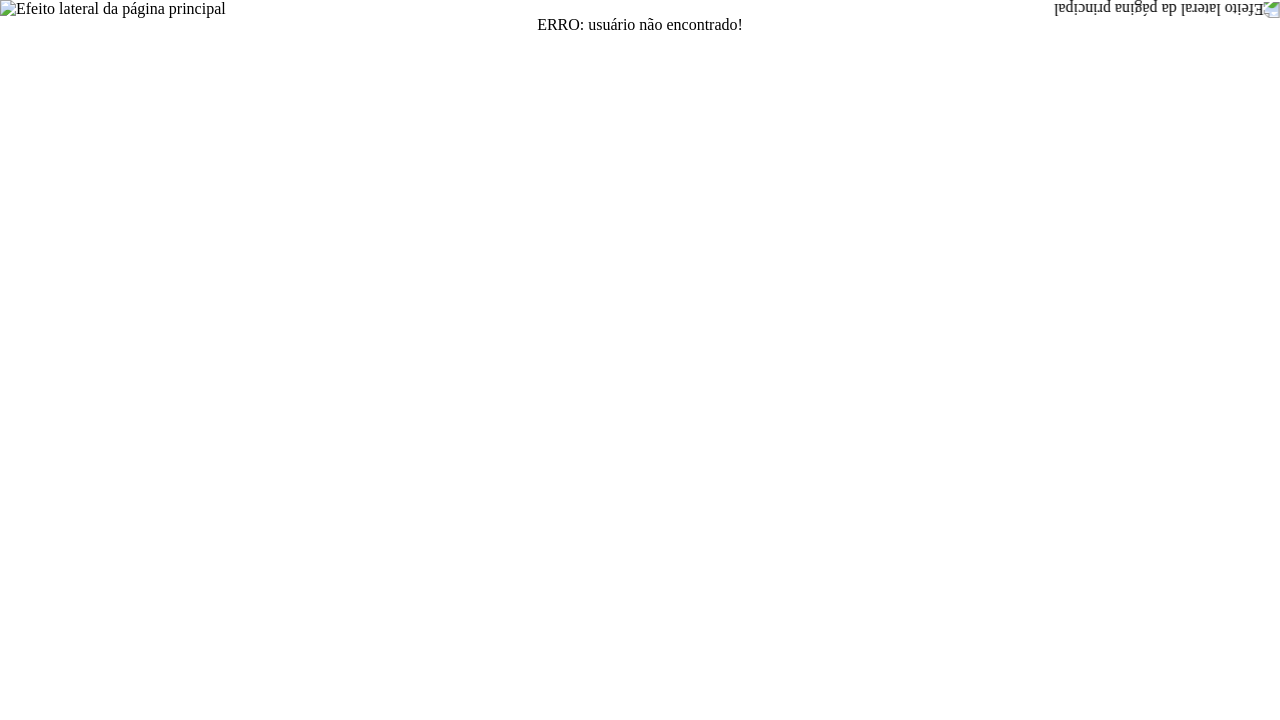
Repository: ArtMainardi/projeto-ctw-front
Page: usuario/usuario.html
An editor plug-in stored every save of this project. The page is shown before and after a run of saves, followed by the edit.
The browser window is 1280 px wide. The pictures show the whole page.
The page's requests for data from a server got no answer.

Above is the page before, as saved 2026-06-15 18:16:39.
Not found: usuario/images/efeito-lateral.svg

### usuario/usuario.html
<!DOCTYPE html>
<html lang="pt-br">
<head>
    <meta charset="UTF-8">
    <meta name="viewport" content="width=device-width, initial-scale=1.0">
    <title>Projeto CTW+</title>
    <link rel="stylesheet" href="style.css">
    <link rel="stylesheet" href="index.css">
    <link rel="stylesheet" href="usuario.css">
</head>
<body>
    <div class="container-barras-laterais">
        <img src="/" alt="Efeito lateral da página principal" id="barra-lateral1">
        <img src="images/efeito-lateral.svg" alt="Efeito lateral da página principal" id="barra-lateral2">
    </div>

    <main id="error-main">
        <p id="feedback-message"></p>
    </main>

    <main id="main" style="display: none;">
        <h1>Perfil do Usuário</h1>
        <p id="nome-usuario"></p>
        <p id="cpf-usuario"></p>
        <p id="email-usuario"></p>
        <p id="nascimento-usuario"></p>

        <button id="logout-button" onclick=logout()>Desconectar da conta</button>

        <div class="menu">
            <li class="adm-feature" style="display: none;"><a href="../gerenciar-usuarios/gerenciarUsuarios.html">Gerenciar Usuários</a></li>
            <li><a href="">Materias</a></li>
            <li><a href="../tela-inicial/telaInicial.html">Notícias</a></li>
            <li><a href="">Cardapio</a></li>
            <li><a href="">Ranqueamento</a></li>
            <li><a href="">Usuário</a></li>
        </div>
    </main>

    <script src="./usuario-script.js"></script>
    <script src="../userVerification-script.js"></script>
</body>
</html>

### style.css
*{
    box-sizing: border-box;
}

body {
    margin: 0;
}

:root{
    --corM: #00569D;
    --corBolha: #D9D9D9;
    --corCampo: #AEAEAE;
    --corBotaoOFF: #929292;
    --corBotaoON: #757575;
}

@font-face{
    src: url(fonts/Inter-VariableFont_opsz\,wght.ttf);
    font-family: "fontM";
}

.bolha{
    border-radius: 34px;
    padding: 10px 25px;
    background-color: var(--corBolha);
    display: flex;
    flex-direction: column;
}

.titulo{
    font-family: fontM;
    margin: 2px;
}

.campo{
    font-family: fontM;
    padding: 1% 5%;
    border: none;
    border-radius: 10px;
    background-color: var(--corCampo);
    margin: 2px;
}

.botao{
    font-family: fontM;
    border: none;
    padding: 1% 5%;
    border-radius: 34px;
    text-align: center;
    background-color: var(--corBotaoOFF);
    margin: 2px;
    height: 30px;
}

.botao:hover{
    font-weight: bold;
    background-color: var(--corBotaoON);
}

.botao:active{
    font-weight: bold;
    border: 2px inset var(--corBotaoOFF);
    font-size: 0.8em;
}

.texto{
    font-family: fontM;
    text-align: center;
    padding: 0;
}

.logo-ctw{
    zoom: 55%;
    margin: 20px;
}

.bola{
    background-color: var(--corM);
    border-radius: 50%;
    opacity: 50%;
    position: fixed;
}


#bola1{
    height: 100px;
    width: 100px;
    top: 45px;
    left: 400px;
}

#bola2{
    height: 800px;
    width: 800px;
    top: 450px;
    left: -250px;
}

#bola3{
    height: 200px;
    width: 200px;
    top: -65px;
    left: 1300px;
}

#bola4{
    height: 700px;
    width: 700px;
    top: 350px;
    left: 1400px;
}

### index.css
main{
    height: 100%;
    display: flex;
    flex-direction: column;
    align-items: center;
}

.logo-ctw{
    margin-top: 15%;
}

.bolha{
    width: 400px;
}

.botao{
    margin-top: 5%;
}

#barra-lateral1 {
    position: fixed;
    left: 0;
}

#barra-lateral2 {
    position: fixed;
    right: 0;
    transform: scale(-1);
}

### index.html
<!DOCTYPE html>
<html lang="pt-br">
<head>
    <meta charset="UTF-8">
    <meta name="viewport" content="width=device-width, initial-scale=1.0">
    <title>Projeto CTW+</title>
</head>
<body>
    <header>
    </header>

    <main>
        <h1>Login</h1>
        <input id="email" type="text" placeholder="Digite seu email">
        <input id="senha" type="password" placeholder="Digite sua senha">
        <button onclick="logar()">Entrar</button>
        <ul id="feedback-message"></ul>
    </main>

    <script src="/index-script.js"></script>
</body>
</html>

### usuario/usuario-script.js
window.addEventListener("load", async function() {
    console.log("AAAA");
    // Definindo as variáveis dos elementos do HTML:
    const nome = document.getElementById("nome-usuario");
    const cpf = document.getElementById("cpf-usuario");
    const email = document.getElementById("email-usuario");
    const nascimento = document.getElementById("nascimento-usuario");

    // Buscando o usuário no banco de dados:
    const API = await fetch(`http://localhost:8055/${tipoUsuario}/${usuarioId}`, {
        method: "GET"
    });
    const usuario = await API.json();

    // Colocando os dados do usuário nos elementos:
    nome.innerHTML = "Nome: " + usuario[`nome_${tipoUsuario}`];
    cpf.innerHTML = "CPF: " + usuario[`cpf_${tipoUsuario}`];
    email.innerHTML = "Email: " + usuario[`email_${tipoUsuario}`];
    nascimento.innerHTML = "Data de Nascimento: " + usuario[`data_nascimento_${tipoUsuario}`];
});

function logout(){
    localStorage.setItem("usuarioId", null);
    localStorage.setItem("tipoUsuario", null);

    window.location.replace("../index.html");
}

### userVerification-script.js
// Pegando dados salvos localmente:
const usuarioId = localStorage.getItem("usuarioId");
const tipoUsuario = localStorage.getItem("tipoUsuario");

// Verificando usuário salvo para então mostrar a página:
window.addEventListener("load", async function() {
    const main = document.getElementById("main");
    const errorMain = document.getElementById("error-main");
    const feedback = document.getElementById("feedback-message");

    feedback.innerHTML = "Carregando...";

    // Verificando se existe o usuário com o ID salvo:
    if(tipoUsuario == "professor"){ // Procurando na lista de professores:
        const API = await fetch(`http://localhost:8055/professor/${usuarioId}`, {
            method: "GET"
        });

        if(API.ok){
            usuario = await API.json();
            if(usuario.adm){ // Verificando se não é ADM, para liberar as funções de ADM
                const admElements = document.querySelectorAll(".adm-feature");
                admElements.forEach(element => {
                    element.style.display = "block";
                });
            }
            main.style.display = "block";
            errorMain.style.display = "none";
        }
    } else if(tipoUsuario == "aluno"){ // Procurando na lista de alunos:
        const API = await fetch(`http://localhost:8055/aluno/${usuarioId}`, {
            method: "GET"
        });

        if(API.ok){
            if(window.location.pathname.includes("/gerenciar")){
                feedback.innerHTML = "ERRO: esse usuário não tem permissão para acessar essa página!";
            } else{
                main.style.display = "block";
                errorMain.style.display = "none";
            }
        } else{ // Mostrando erro se não encontrar o usuário:
            feedback.innerHTML = "ERRO: usuário não encontrado!";
        }
    } else{ // Mostrando erro se não encontrar o usuário:
        feedback.innerHTML = "ERRO: usuário não encontrado!";
    }
});

Loaded but not shown: usuario/usuario.css (no stored copy; drawn as an empty file)

After the next 2 saves:
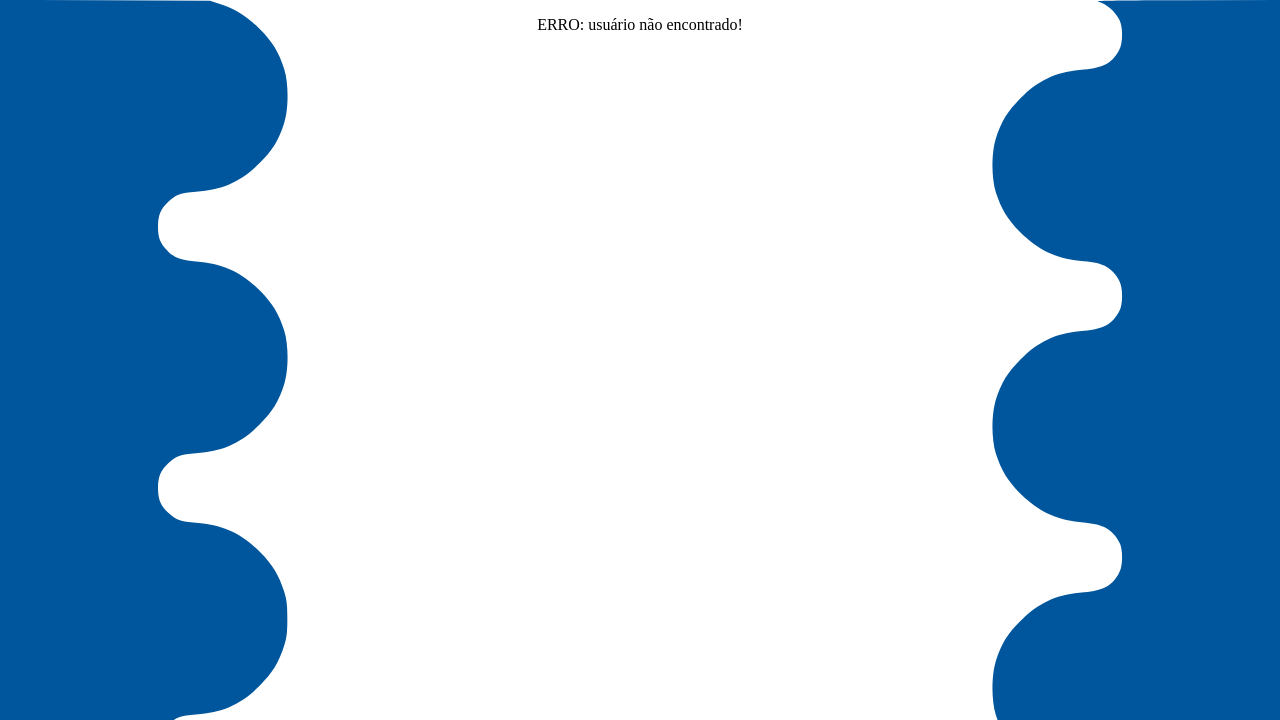
The 2 saves are shown as one change because they came seconds apart.
The last was saved 7 s later.
--- a/usuario/usuario.html
+++ b/usuario/usuario.html
@@ -10,8 +10,8 @@
 </head>
 <body>
     <div class="container-barras-laterais">
-        <img src="/" alt="Efeito lateral da página principal" id="barra-lateral1">
-        <img src="images/efeito-lateral.svg" alt="Efeito lateral da página principal" id="barra-lateral2">
+        <img src="/images/efeito-lateral.svg" alt="Efeito lateral da página principal" id="barra-lateral1">
+        <img src="/images/efeito-lateral.svg" alt="Efeito lateral da página principal" id="barra-lateral2">
     </div>
 
     <main id="error-main">
